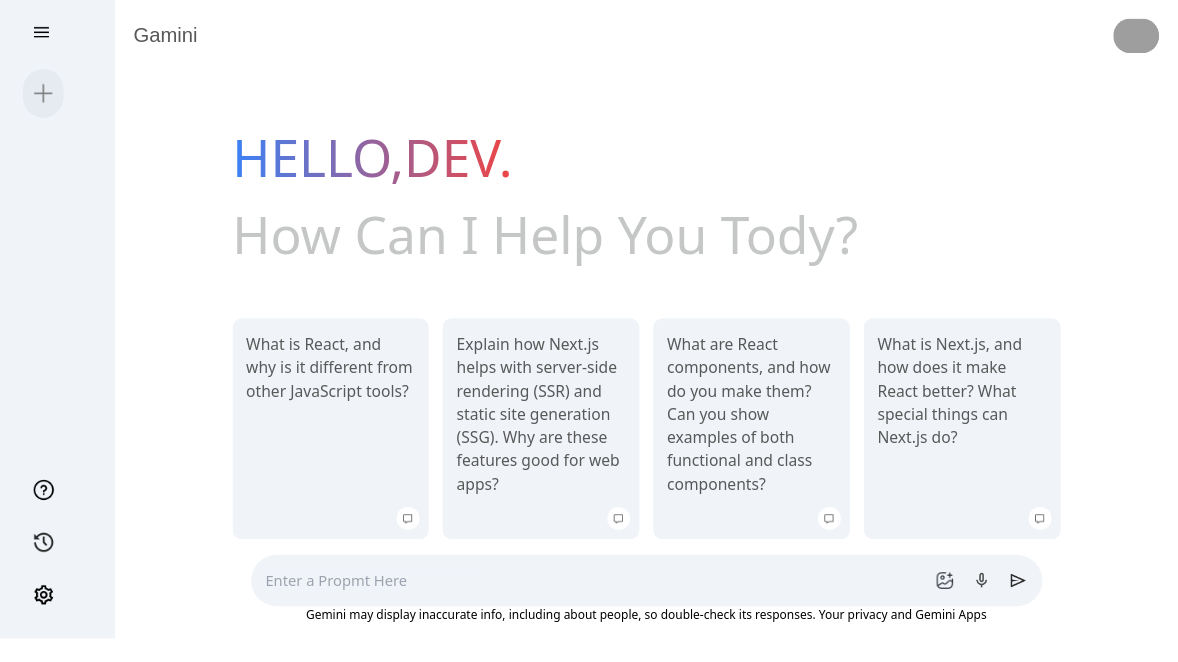
Repository: VilokMasuti/Gamini
Page: / (app in gamini/)
These files come from the project's save history. The page is drawn as it stood at one moment and after a run of saves; the edit follows.
The browser window is 1280 px wide. The pictures show the whole page, at 92% of full size.
Pictures or frames that could not be fetched are drawn as grey boxes. The project was rebuilt for these pictures with package versions that can differ from the ones it lists, and the page was loaded fresh each time. Also part of the build but not shown: gamini/vite.config.js.

Above is the page before, as saved 2024-03-19 15:17:06.

### gamini/src/main.jsx
import ReactDOM from "react-dom/client";
import App from "./App.jsx";
import "./index.css";
import ContextProvider from "./context/Context.jsx";
ReactDOM.createRoot(document.getElementById("root")).render(
  <ContextProvider>
    <App />
  </ContextProvider>
);

### gamini/src/App.jsx
import Main from "./Components/Main/Main";
import SideBar from "./Components/Sidebar/SideBar";

function App() {
  return (
    <div className=" flex">
      <SideBar />
      <Main />
    </div>
  );
}

export default App;

### gamini/src/index.css
@tailwind base;
@tailwind components;
@tailwind utilities;

@import url("https://fonts.googleapis.com/css2?family=Outfit&display=swap");

/* Define a CSS class for applying the font-family */
.font-outfit {
  font-family: "Outfit", sans-serif; /* Include a fallback font */
}

### gamini/src/context/Context.jsx
/* eslint-disable react/prop-types */
import { createContext, useState } from "react";
import runChat from "../Config/gemini.js";
export const Context = createContext();

const ContextProvider = props => {
  const [input, setInput] = useState("");
  const [resnet, setResent] = useState("");
  const [prePrompt, setPrePrompt] = useState([]);
  const [preresult, setResult] = useState(false);
  const [loading, setLoading] = useState(false);
  const [date, setDate] = useState("");
  const responses = async Prompt => {
    setDate("");
    setLoading(true);
    setResult(true);
    const response = await runChat(input);
    setResult(response);
    setLoading(false);
    setInput("");
  };

  const contextValue = {
    input,
    setInput,
    loading,
    responses,
    setResent,
    setResult,
    setPrePrompt,
    prePrompt,
    resnet,
    preresult,
    setLoading,
    date,
  };
  return (
    <Context.Provider value={contextValue}>{props.children}</Context.Provider>
  );
};
export default ContextProvider;

### gamini/src/Components/Main/Main.jsx
import { useContext } from "react";
import { assets } from "../../assets/assets";
import "../../index.css";
import { card } from "../../utils";
import { Context } from "../../context/Context";
const Main = () => {
  const {
    input,
    setInput,
    loading,
    responses,
    setResent,
    setResult,
    setPrePrompt,
    prePrompt,
    resnet,
    preresult,
    setLoading,
    date,
  } = useContext(Context);
  return (
    <div className=" main flex-1 max-h-[100vh] pb-[15vh] relative">
      <div className=" nav  p-[20px] items-center flex justify-between text-[#585858]  font-outfit ">
        <p className=" text-[22px] max-md:ml-20  ml-[0%]">Gamini </p>
        <img
          className=" rounded-full"
          src={assets.user_icon}
          alt="icon"
          width={50}
          height={50}
        />
      </div>
      <div className=" max-w-[900px] m-auto">
        <div className="greet mt-[50px] mb-[50px] ml-0 mr-0  text-[56px] text-[#c4c7c5] font-[500] p-20px">
          <p className="">
            <span className=" max-md:text-[22px] max-md:ml-20 bg-gradient-to-r from-blue-500 to-red-500 bg-clip-text text-transparent">
              HELLO,DEV.
            </span>
          </p>
          <p className="max-md:text-[22px] max-md:ml-4 ">
            How Can I Help You Tody?{" "}
          </p>
        </div>
        <div className=" flex    flex-row  gap-[15px]  p-20px]">
          {card.map(item => (
            <>
              <div
                key={item}
                className="  hover:bg-[#dfe4ea] hover:border-red-600 duration-1000  h-[240px] w-[250px] p-[15px] bg-[#f0f4f9]  rounded-[10px] relative cursor-pointer"
              >
                <p className="  text-[#585858] text-[17px]"> {item.p} </p>
                <img
                  className=" p-[5px] absolute bottom-[10px] right-[10px] rounded-[20px]  bg-white"
                  src={assets.message_icon}
                  alt=""
                  width={25}
                  height={22}
                />
              </div>
            </>
          ))}
        </div>
        <div className=" bottom absolute bottom-0 w-full max-w-[900px] pl-[20px] pr-[20px] pt-0 pb-0  ">
          <div className=" flex items-center  justify-between gap-[10px] rounded-[50px]  bg-[#f0f4f9] p-4 mb-[-3%]   ">
            {" "}
            <input
              onChange={e => setInput(e.target.value)}
              value={input}
              className="   outline-none  flex items-center justify-between gap-[20px] bg-[#f0f4f9] "
              type=" text"
              placeholder="Enter a Propmt Here"
            />
            <div className=" flex items-center gap-[20px]">
              <img src={assets.gallery_icon} alt="" width={20} height={40} />
              <img src={assets.mic_icon} alt="" width={20} height={40} />
              <img
                className=" cursor-pointer"
                onClick={() => responses()}
                src={assets.send_icon}
                alt=""
                width={20}
                height={40}
              />
            </div>
          </div>
          <p className=" text-[13px] mt-[26px] mr-[15px] ml-[15px] mb-[15px]    text-center font[300]">
            Gemini may display inaccurate info, including about people, so
            double-check its responses. Your privacy and Gemini Apps{" "}
          </p>
        </div>
      </div>
    </div>
  );
};

export default Main;

### gamini/src/Components/Sidebar/SideBar.jsx
import { useState } from "react";
import { assets } from "../../assets/assets";
import "../../index.css";

const SideBar = () => {
  const [extended, setExtended] = useState(false);
  return (
    <main className="  max-md:hidden  sidebar max-h-[100vh]    flex-col justify-between bg-[#f0f4f9] inline-flex p-[25px]   font-outfit ">
      <div className="top">
        <img
          onClick={() => setExtended(pre => !pre)}
          className=" block ml-[10px] cursor-pointer"
          width={20}
          height={21}
          src={assets.menu_icon}
          alt="menu"
        ></img>
        <div className="new-chat mt-[30px] inline-flex items-center gap-10 bg-[#e6eaf1]   rounded-full p-3 font-semibold text-gray-400 cursor-pointer">
          <img src={assets.plus_icon} width={20} height={21} alt="alt" />
          {extended ? <p>New Chat</p> : null}
        </div>
        {extended ? (
          <div className="recent flex flex-col">
            <p className="mt-[30px] mb-[20px]">Recent</p>
            <div className=" flex text-start gap-[10px] p-[10px] pr-[40px] rounded-md  text-[#282828] cursor-pointer hover:bg-[#e2e6eb] duration-1000">
              <img
                className=" rounded-md"
                src={assets.message_icon}
                alt="resct"
                width={20}
                height={21}
              />
              <p> What is react... </p>
            </div>
          </div>
        ) : null}
      </div>
      <div className="bottom  flex flex-col gap-3">
        <div className=" flex gap-3 rounded-md  text-[#282828] cursor-pointer hover:bg-[#e2e6eb] duration-1000  p-[10px] pr-[40px] ">
          <img src={assets.question_icon} width={25} height={25} alt="q" />
          {extended ? <p>Help</p> : null}
        </div>
        <div className=" flex gap-3 rounded-md  text-[#282828] cursor-pointer hover:bg-[#e2e6eb] duration-1000  p-[10px] pr-[40px] ">
          <img src={assets.history_icon} width={25} height={25} alt="q" />
          {extended ? <p>Activity</p> : null}
        </div>
        <div className=" flex gap-3 rounded-md  text-[#282828] cursor-pointer hover:bg-[#e2e6eb] duration-1000  p-[10px] pr-[40px] ">
          <img src={assets.setting_icon} width={25} height={25} alt="q" />
          {extended ? <p>settings</p> : null}
        </div>
      </div>
    </main>
  );
};

export default SideBar;

### gamini/src/Config/gemini.js
// node --version # Should be >= 18
// npm install @google/generative-ai

import {
  GoogleGenerativeAI,
  HarmCategory,
  HarmBlockThreshold,
} from "@google/generative-ai";

const MODEL_NAME = "gemini-1.0-pro";
const API_KEY = "AIzaSyDNa6zT3smLM6U_2eojzhkQF9cZdbw8ikc";

async function runChat(Prompt) {
  const genAI = new GoogleGenerativeAI(API_KEY);
  const model = genAI.getGenerativeModel({ model: MODEL_NAME });

  const generationConfig = {
    temperature: 0.9,
    topK: 1,
    topP: 1,
    maxOutputTokens: 2048,
  };

  const safetySettings = [
    {
      category: HarmCategory.HARM_CATEGORY_HARASSMENT,
      threshold: HarmBlockThreshold.BLOCK_MEDIUM_AND_ABOVE,
    },
    {
      category: HarmCategory.HARM_CATEGORY_HATE_SPEECH,
      threshold: HarmBlockThreshold.BLOCK_MEDIUM_AND_ABOVE,
    },
    {
      category: HarmCategory.HARM_CATEGORY_SEXUALLY_EXPLICIT,
      threshold: HarmBlockThreshold.BLOCK_MEDIUM_AND_ABOVE,
    },
    {
      category: HarmCategory.HARM_CATEGORY_DANGEROUS_CONTENT,
      threshold: HarmBlockThreshold.BLOCK_MEDIUM_AND_ABOVE,
    },
  ];

  const chat = model.startChat({
    generationConfig,
    safetySettings,
    history: [],
  });

  const result = await chat.sendMessage(Prompt);
  const response = result.response;
  console.log(response.text());
  return response.text();
}

export default runChat;

### gamini/src/assets/assets.js
import history_icon from './history_icon.png'
import menu_icon from './menu_icon.png'
import plus_icon from './plus_icon.png'
import question_icon from './question_icon.png'
import setting_icon from './setting_icon.png'
import bulb_icon from './bulb_icon.png'
import compass_icon from './compass_icon.png'
import gallery_icon from './gallery_icon.png'
import mic_icon from './mic_icon.png'
import user_icon from './user_icon.png'
import youtube_icon from './youtube_icon.png'
import message_icon from './message_icon.png'
import code_icon from './code_icon.png'
import send_icon from './send_icon.png'
import gemini_icon from './gemini_icon.png'

export const assets = {
    history_icon,
    menu_icon,
    plus_icon,
    question_icon,
    setting_icon,
    bulb_icon,
    compass_icon,
    gallery_icon,
    mic_icon,
    user_icon,
    youtube_icon,
    message_icon,
    code_icon,
    send_icon,
    gemini_icon
}

### gamini/src/utils/index.js
export const card = [
  {
    p: "What is React, and why is it different from other JavaScript tools?",
    img: "",
  },
  {
    p: "Explain how Next.js helps with server-side rendering (SSR) and static site generation (SSG). Why are these features good for web apps?",
    img: "../assets/compass_icon.png",
  },
  {
    p: "What are React components, and how do you make them? Can you show examples of both functional and class components?",
    img: "../assets/compass_icon.png",
  },
  {
    p: "What is Next.js, and how does it make React better? What special things can Next.js do?",
    img: "../assets/compass_icon.png",
  },
];

Loaded but not shown: gamini/index.html (common file); gamini/tailwind.config.js (common file)

After the next 3 saves:
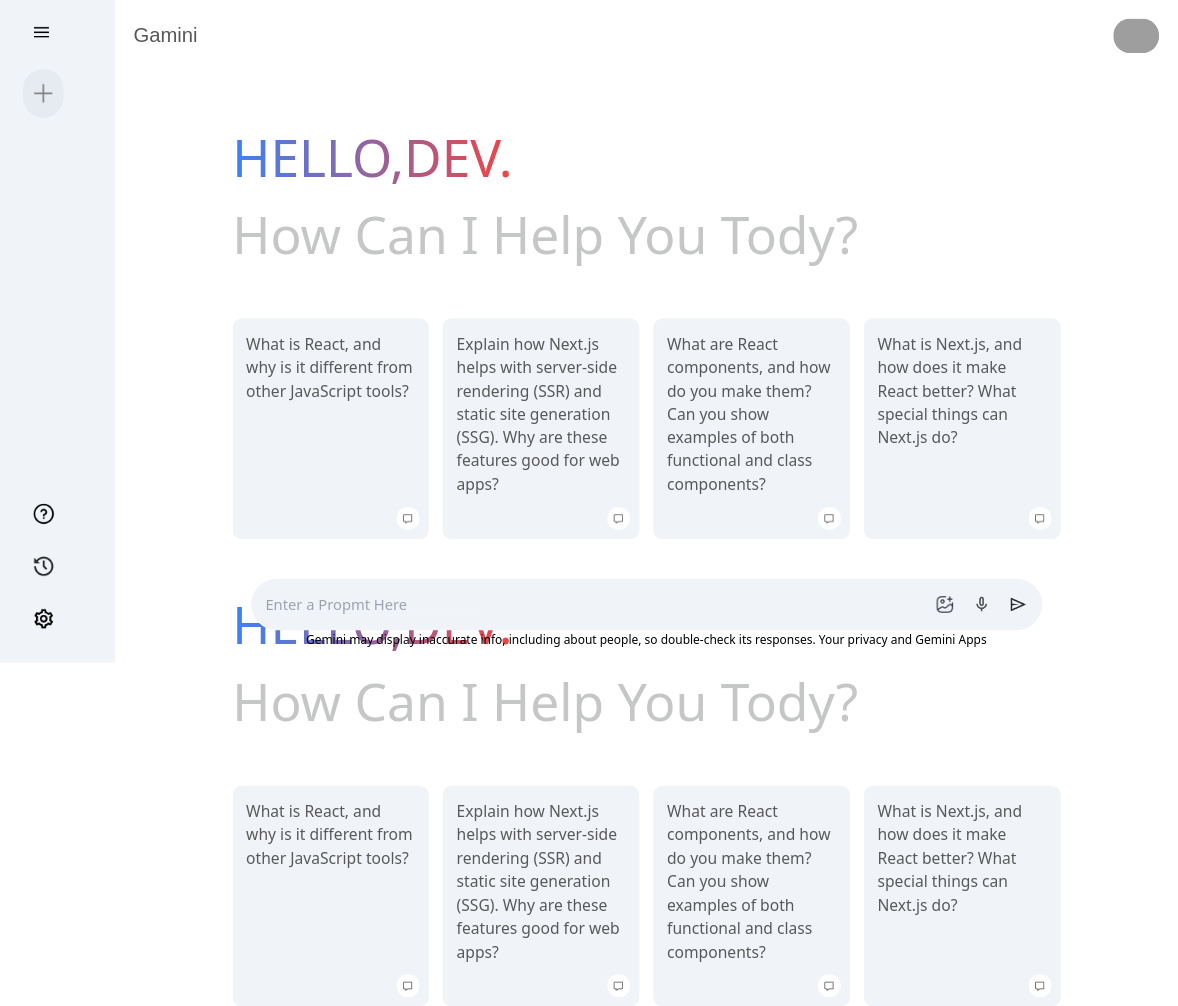
The 3 saves are shown as one change because 2 did not build or start.
The last was saved 3 min 34 s later.
--- a/gamini/src/Components/Main/Main.jsx
+++ b/gamini/src/Components/Main/Main.jsx
@@ -31,6 +31,40 @@
         />
       </div>
       <div className=" max-w-[900px] m-auto">
+        {!preresult ? (
+          <>
+            <div className="greet mt-[50px] mb-[50px] ml-0 mr-0  text-[56px] text-[#c4c7c5] font-[500] p-20px">
+              <p className="">
+                <span className=" max-md:text-[22px] max-md:ml-20 bg-gradient-to-r from-blue-500 to-red-500 bg-clip-text text-transparent">
+                  HELLO,DEV.
+                </span>
+              </p>
+              <p className="max-md:text-[22px] max-md:ml-4 ">
+                How Can I Help You Tody?{" "}
+              </p>
+            </div>
+            <div className=" flex    flex-row  gap-[15px]  p-20px]">
+              {card.map(item => (
+                <>
+                  <div
+                    key={item}
+                    className="  hover:bg-[#dfe4ea] hover:border-red-600 duration-1000  h-[240px] w-[250px] p-[15px] bg-[#f0f4f9]  rounded-[10px] relative cursor-pointer"
+                  >
+                    <p className="  text-[#585858] text-[17px]"> {item.p} </p>
+                    <img
+                      className=" p-[5px] absolute bottom-[10px] right-[10px] rounded-[20px]  bg-white"
+                      src={assets.message_icon}
+                      alt=""
+                      width={25}
+                      height={22}
+                    />
+                  </div>
+                </>
+              ))}
+            </div>
+          </>
+        ) : null}
+
         <div className="greet mt-[50px] mb-[50px] ml-0 mr-0  text-[56px] text-[#c4c7c5] font-[500] p-20px">
           <p className="">
             <span className=" max-md:text-[22px] max-md:ml-20 bg-gradient-to-r from-blue-500 to-red-500 bg-clip-text text-transparent">

After the 2 saves that followed:
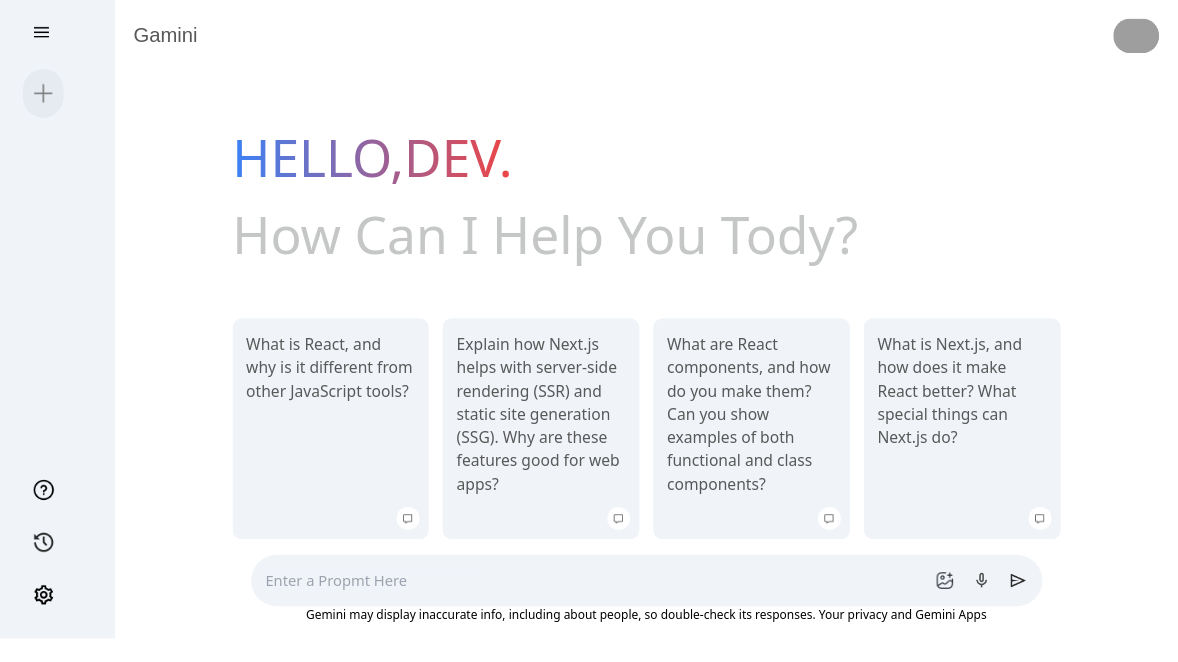
The 2 saves are shown as one change because 1 left the picture as it was.
The last was saved 90 s later.
--- a/gamini/src/Components/Main/Main.jsx
+++ b/gamini/src/Components/Main/Main.jsx
@@ -63,37 +63,10 @@
               ))}
             </div>
           </>
-        ) : null}
+        ) : (
+          <div className="result"></div>
+        )}
 
-        <div className="greet mt-[50px] mb-[50px] ml-0 mr-0  text-[56px] text-[#c4c7c5] font-[500] p-20px">
-          <p className="">
-            <span className=" max-md:text-[22px] max-md:ml-20 bg-gradient-to-r from-blue-500 to-red-500 bg-clip-text text-transparent">
-              HELLO,DEV.
-            </span>
-          </p>
-          <p className="max-md:text-[22px] max-md:ml-4 ">
-            How Can I Help You Tody?{" "}
-          </p>
-        </div>
-        <div className=" flex    flex-row  gap-[15px]  p-20px]">
-          {card.map(item => (
-            <>
-              <div
-                key={item}
-                className="  hover:bg-[#dfe4ea] hover:border-red-600 duration-1000  h-[240px] w-[250px] p-[15px] bg-[#f0f4f9]  rounded-[10px] relative cursor-pointer"
-              >
-                <p className="  text-[#585858] text-[17px]"> {item.p} </p>
-                <img
-                  className=" p-[5px] absolute bottom-[10px] right-[10px] rounded-[20px]  bg-white"
-                  src={assets.message_icon}
-                  alt=""
-                  width={25}
-                  height={22}
-                />
-              </div>
-            </>
-          ))}
-        </div>
         <div className=" bottom absolute bottom-0 w-full max-w-[900px] pl-[20px] pr-[20px] pt-0 pb-0  ">
           <div className=" flex items-center  justify-between gap-[10px] rounded-[50px]  bg-[#f0f4f9] p-4 mb-[-3%]   ">
             {" "}
